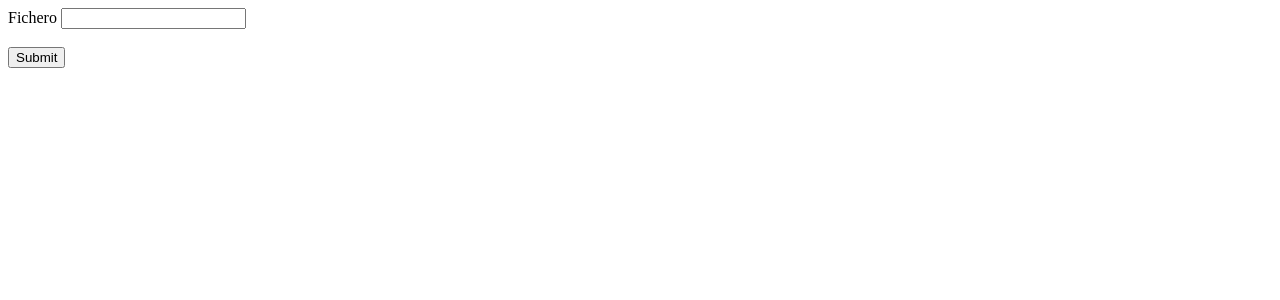
Repository: viorelrosu/spring
Page: http://localhost/Clase/Ej09
These files come from the project's save history. The page is drawn as it stood at one moment and after the next save; the edit follows.
The browser window is 1280 px wide. The pictures show the whole page.
The page is served by Tomcat 9.

Above is the page before, as saved 2021-01-15 08:17:43.

After the next save:
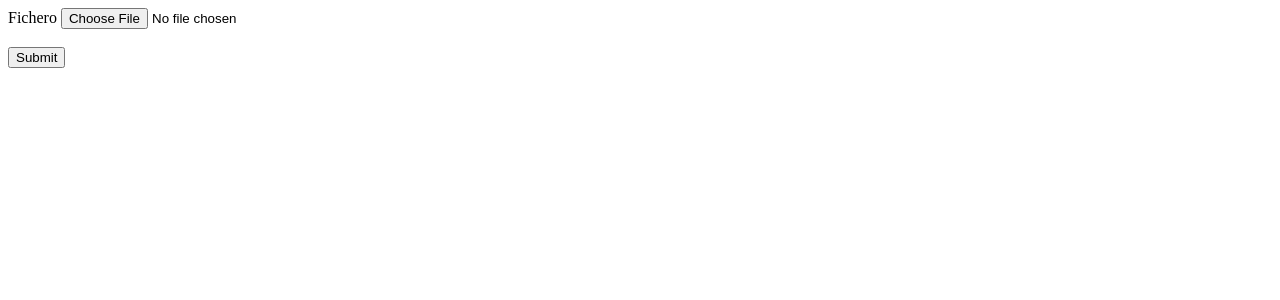
Saved 2 min 9 s later.
--- a/Clase/src/t7/ej09/Ej09.java
+++ b/Clase/src/t7/ej09/Ej09.java
@@ -17,7 +17,7 @@ public class Ej09 extends HttpServlet {
 	protected void doGet(HttpServletRequest request, HttpServletResponse response) throws ServletException, IOException {
 		response.setContentType("text/html");
 		response.getWriter().println("<form method=\"post\">");
-		response.getWriter().println("Fichero " + "<input type=\"text\" name=\"nombre\" ><br><br>");
+		response.getWriter().println("Fichero " + "<input type=\"file\" name=\"nombre\" ><br><br>");
 		response.getWriter().println("<input type=\"submit\">");
 		response.getWriter().println("</form>");
 	}
